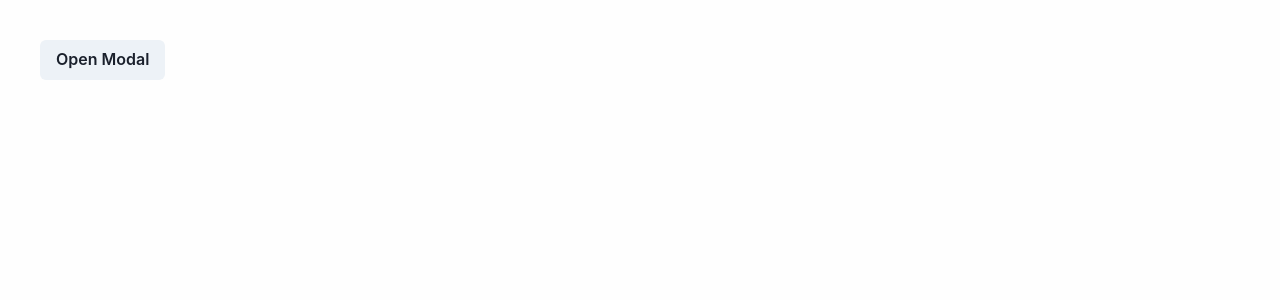
Repository: jorgelucasjs/chakra-ui-doc
Page: /
These files come from the project's save history. The page is drawn as it stood at one moment and after a run of saves; the edit follows.
The browser window is 1280 px wide. The pictures show the whole page.
The project was rebuilt for these pictures with package versions that can differ from the ones it lists, and the page was loaded fresh each time.

Above is the page before, as saved 2023-01-05 13:10:41.

After the next 8 saves:
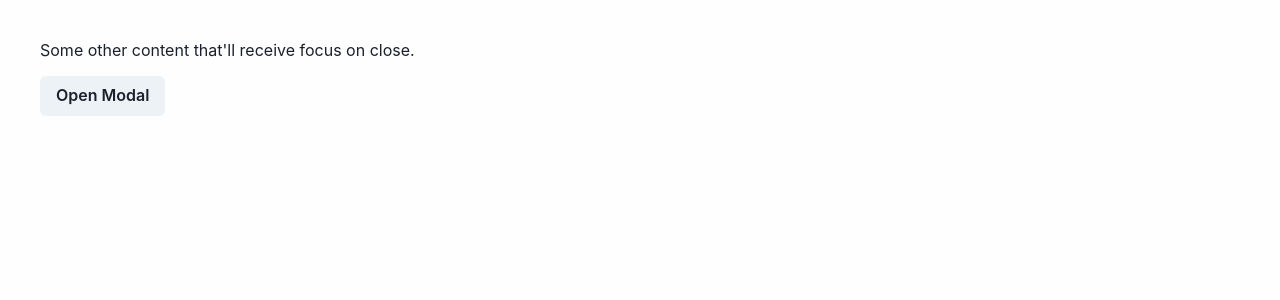
The 8 saves are shown as one change because 4 did not build or start and some came seconds apart.
The last was saved 55 s later.
--- a/src/components/ModalComponent.tsx
+++ b/src/components/ModalComponent.tsx
@@ -9,7 +9,8 @@
 	ModalCloseButton,
 	useDisclosure,
 	Button,
-	Text
+	Text,
+	Box
 } from '@chakra-ui/react';
 
 export default function ModalComponent(): JSX.Element {
@@ -17,9 +18,17 @@
 	const finalRef = React.useRef(null);
 
 	return (
+
+
 		<>
-			<Button onClick={onOpen}>Open Modal</Button>
-			<Modal isOpen={isOpen} onClose={onClose}>
+			<Box ref={finalRef} tabIndex={-1} aria-label='Focus moved to this box'>
+				Some other content that'll receive focus on close.
+			</Box>
+
+			<Button mt={4} onClick={onOpen}>
+				Open Modal
+			</Button>
+			<Modal finalFocusRef={finalRef} isOpen={isOpen} onClose={onClose}>
 				<ModalOverlay />
 				<ModalContent>
 					<ModalHeader>Modal Title</ModalHeader>
@@ -63,3 +72,48 @@
 		</>
 	);
 }
+
+{/* <>
+			<Button onClick={onOpen}>Open Modal</Button>
+			<Modal isOpen={isOpen} onClose={onClose}>
+				<ModalOverlay />
+				<ModalContent>
+					<ModalHeader>Modal Title</ModalHeader>
+					<ModalCloseButton />
+					<ModalBody>
+						<Text mb={3}>
+							Sit nulla est ex deserunt exercitation anim occaecat. Nostrud
+							ullamco deserunt aute id consequat veniam incididunt duis in sint
+							irure nisi. Mollit officia cillum Lorem ullamco minim nostrud elit
+							officia tempor esse quis.Sunt ad dolore quis aute consequat. Magna
+							exercitation reprehenderit magna aute tempor cupidatat consequat
+							elit dolor adipisicing. Mollit dolor eiusmod sunt ex incididunt
+							cillum quis. Velit duis sit officia eiusmod Lorem aliqua enim laboris
+							do dolor eiusmod. Et mollit incididunt nisi consectetur esse laborum
+							eiusmod pariatur proident Lorem eiusmod et. Culpa deserunt nostrud ad
+							veniam.
+						</Text>
+
+						<Text>
+							Sit nulla est ex deserunt exercitation anim occaecat. Nostrud
+							ullamco deserunt aute id consequat veniam incididunt duis in sint
+							irure nisi. Mollit officia cillum Lorem ullamco minim nostrud elit
+							officia tempor esse quis.Sunt ad dolore quis aute consequat. Magna
+							exercitation reprehenderit magna aute tempor cupidatat consequat
+							elit dolor adipisicing. Mollit dolor eiusmod sunt ex incididunt
+							cillum quis. Velit duis sit officia eiusmod Lorem aliqua enim laboris
+							do dolor eiusmod. Et mollit incididunt nisi consectetur esse laborum
+							eiusmod pariatur proident Lorem eiusmod et. Culpa deserunt nostrud ad
+							veniam.
+						</Text>
+					</ModalBody>
+
+					<ModalFooter>
+						<Button colorScheme='blue' mr={3} onClick={onClose}>
+							Close
+						</Button>
+						<Button variant='ghost'>Secondary Action</Button>
+					</ModalFooter>
+				</ModalContent>
+			</Modal>
+		</> */}
